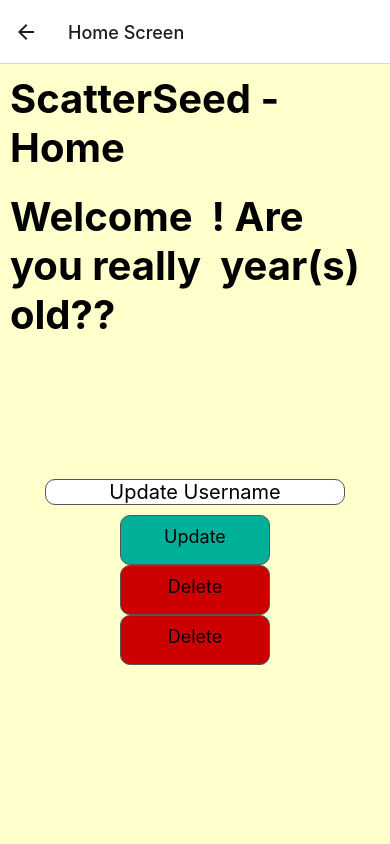
Repository: Curraje/scatter-seed-app
Screen: /Home
The author's editor kept a copy of each file at every save. The screen is drawn from the files as they stood at one save, then again after the next save.
The app was drawn by React Native's web renderer in a window 390 px wide. The project was rebuilt for these pictures with package versions that can differ from the ones it lists, and the page was loaded fresh each time. Some packages were replaced by stand-ins written for this rebuild.

Above is the screen before, as saved 2022-03-07 10:40:53.

After the next save:
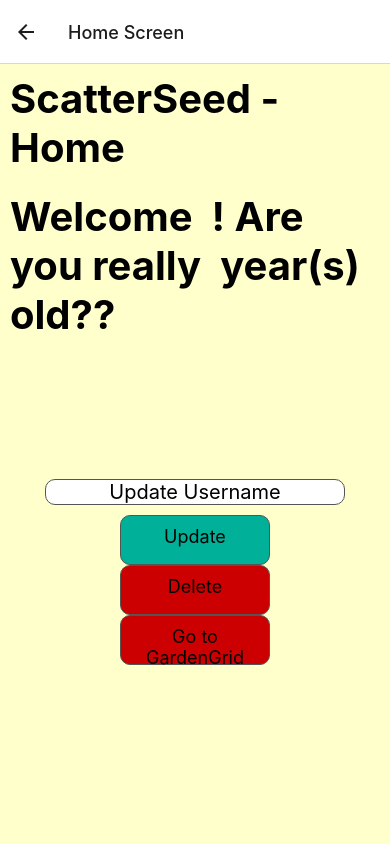
Saved 14 s later.
--- a/src/screens/Home.tsx
+++ b/src/screens/Home.tsx
@@ -80,7 +80,7 @@ export default function Home({ navigation, route }: any) {
         onPressFunction={removeData}
       />
       <CustomButton
-        title="Delete"
+        title="Go to GardenGrid"
         regular_color="#cc0000"
         pressed_color="#ffb3b3"
         onPressFunction={removeData}
